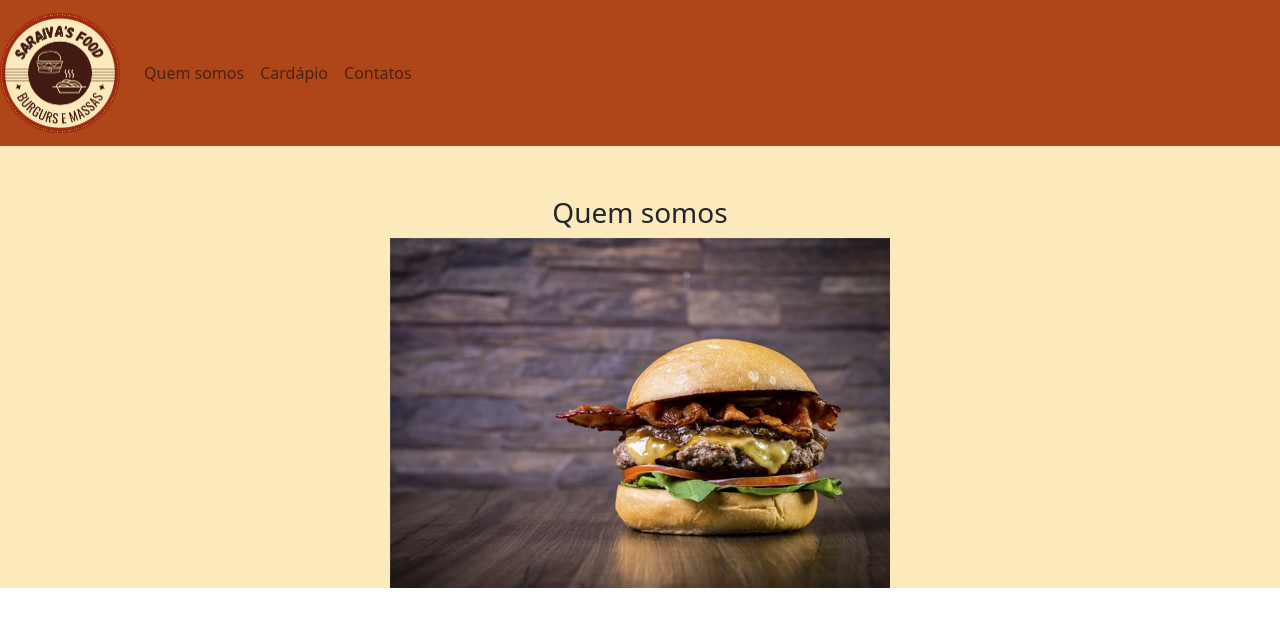
Repository: Tuanemendes/curso_bootstrap
Page: projeto1/index.html
The author's editor kept a copy of each file at every save. The page is drawn from the files as they stood at one save, then again after the next save.
The browser window is 1280 px wide. The pictures show the whole page.

Above is the page before, as saved 2022-04-04 16:34:33.

After the next save:
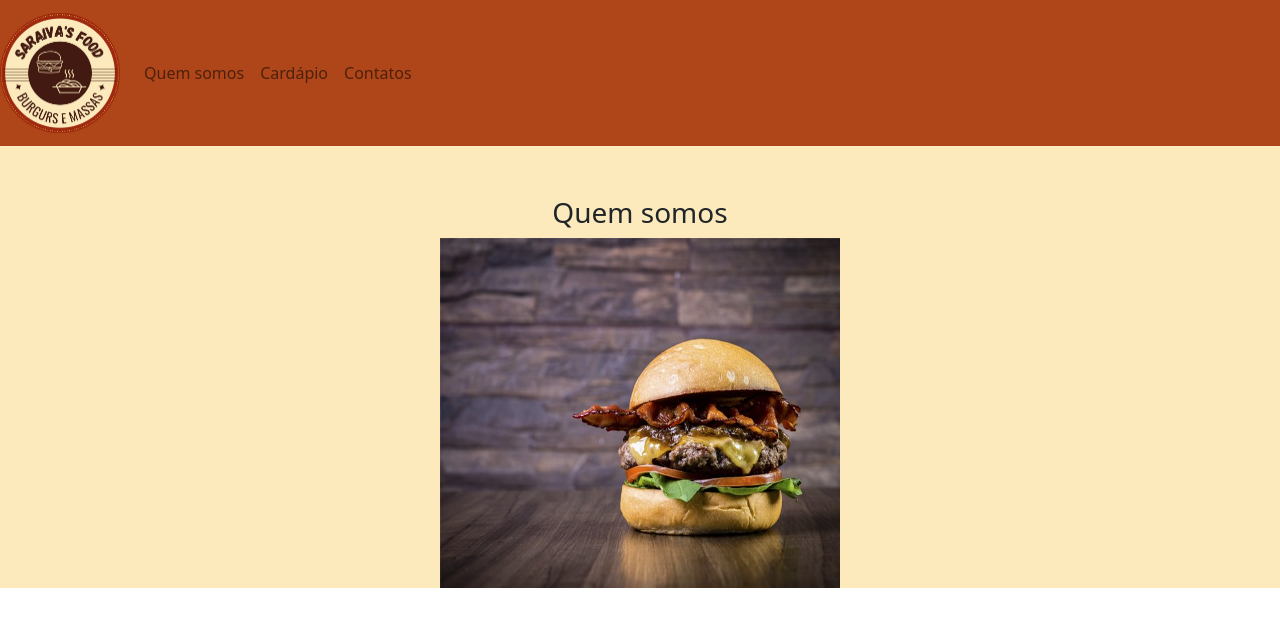
Saved 102 s later.
--- a/projeto1/index.html
+++ b/projeto1/index.html
@@ -31,7 +31,7 @@
     <section id="quemsomos">
         <div class="container-fluid quem-somos text-center margin">
             <h3>Quem somos</h3>
-            <img src="/img/como-montar-uma-hamburgueria.jpg" alt="burgueria" width="500" height="350">
+            <img src="/img/como-montar-uma-hamburgueria.jpg" class="" alt="burgueria" width="400" height="350">
         </div>
     </section>
 </body>
